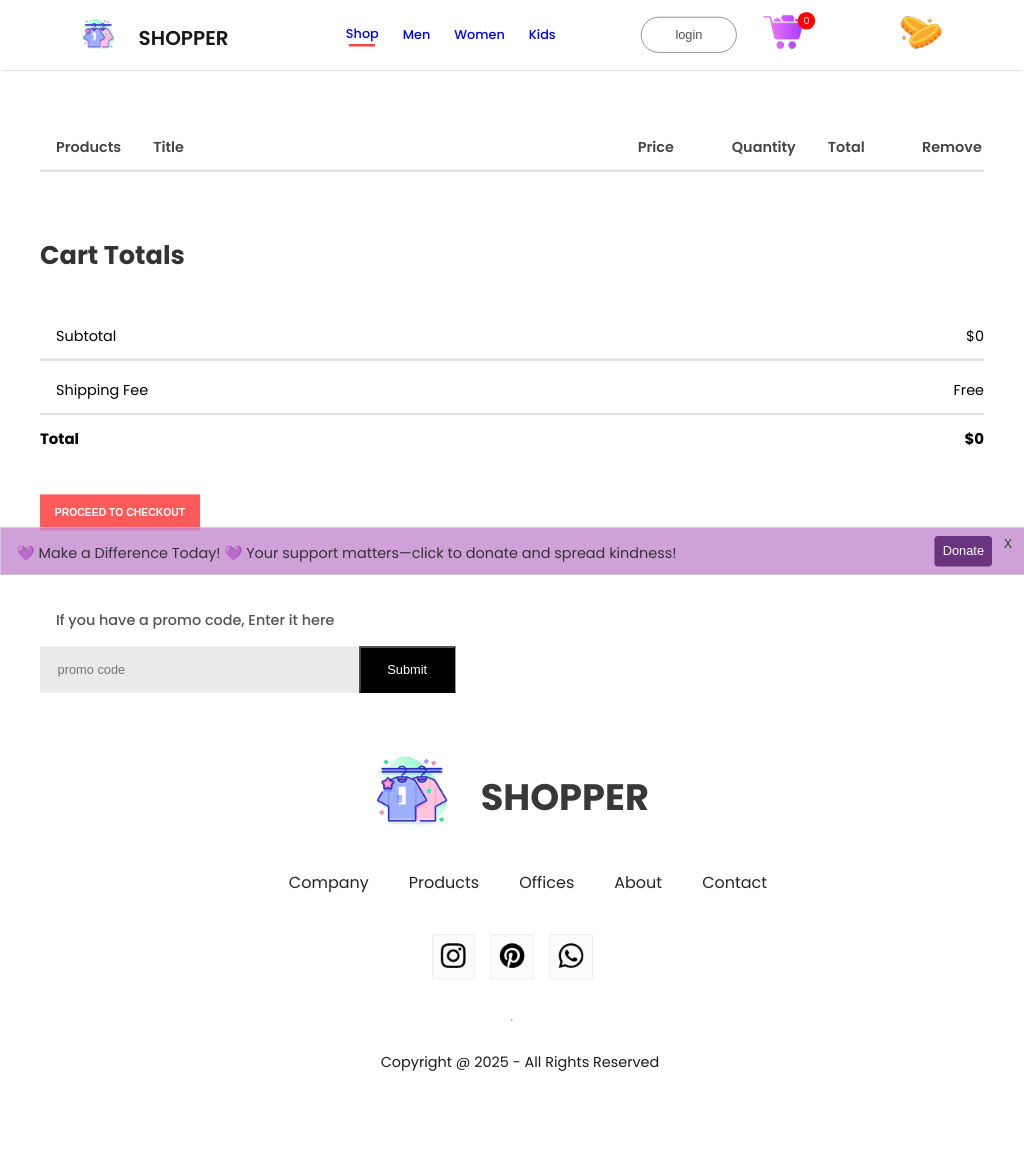
Repository: PayalJakhar/Shoppers-E-commerce-Website
Page: /cart (app in frontend/)
These files come from the project's save history. The page is drawn as it stood at one moment and after the next save; the edit follows.
The browser window is 1280 px wide. The pictures show the whole page, at 80% of full size.
The page's requests for data from a server got no answer. The project was rebuilt for these pictures with package versions that can differ from the ones it lists, and the page was loaded fresh each time. No one was signed in, and anything a server would have sent is missing. Also part of the build but not shown: frontend/src/App.css, frontend/src/Components/Hero/Hero.css, frontend/src/Components/Hero/Hero.jsx, frontend/src/Components/Popular/Popular.css, frontend/src/Components/Item/Item.css, frontend/src/Components/Item/Item.jsx, frontend/src/Components/Popular/Popular.jsx, frontend/src/Components/Offers/Offers.css and 21 more.

Above is the page before, as saved 2025-02-07 19:23:38.

After the next save:
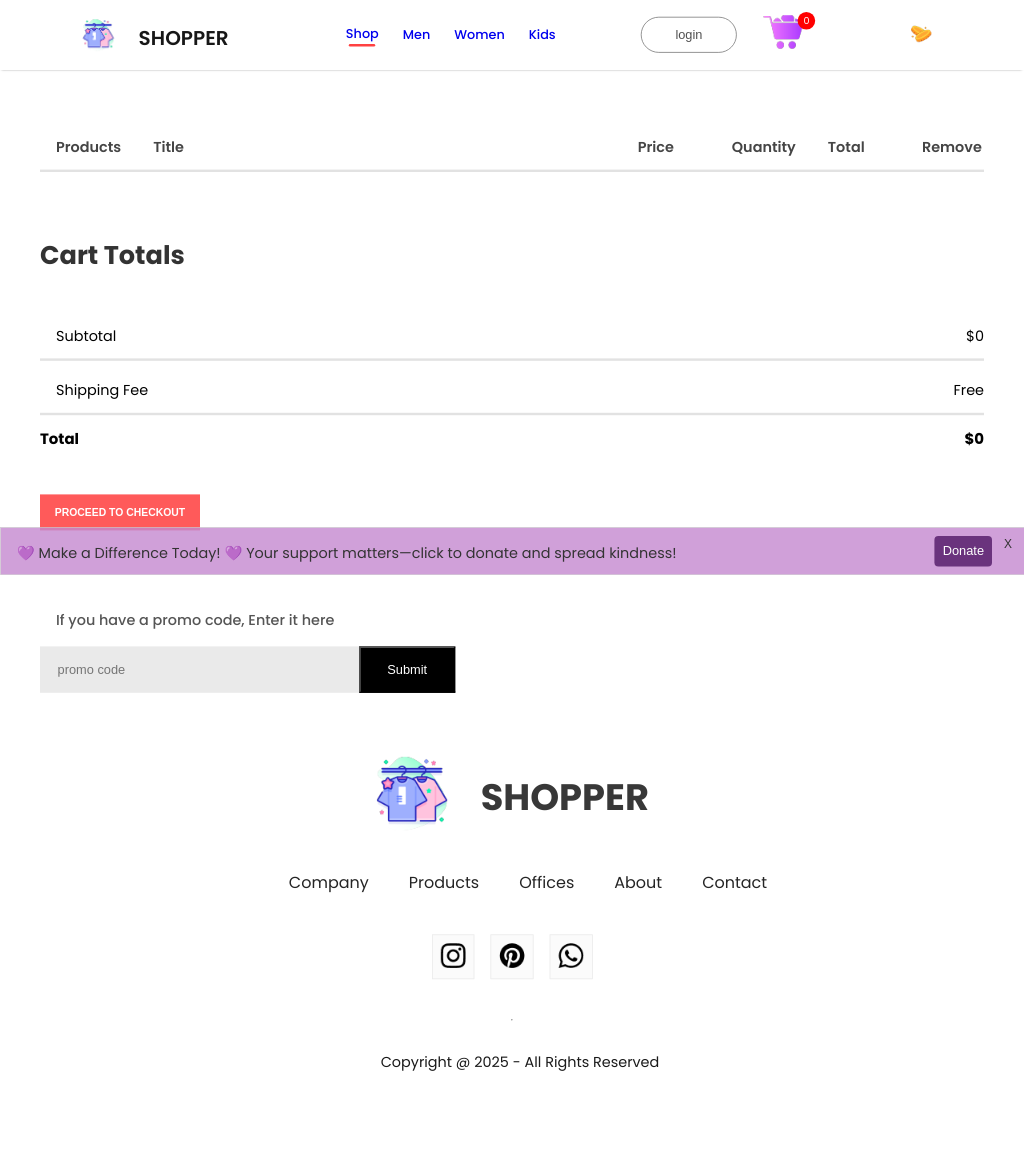
Saved 67 s later.
--- a/frontend/src/Components/Navbar/Navbar.css
+++ b/frontend/src/Components/Navbar/Navbar.css
@@ -85,7 +85,7 @@
     display: none;
 }
 .nav-login-coin{
-    size-adjust: 10px;
+    transform: scale(0.5);
 }
 /* here we are making it responsive for max-width: 1280px */
 
